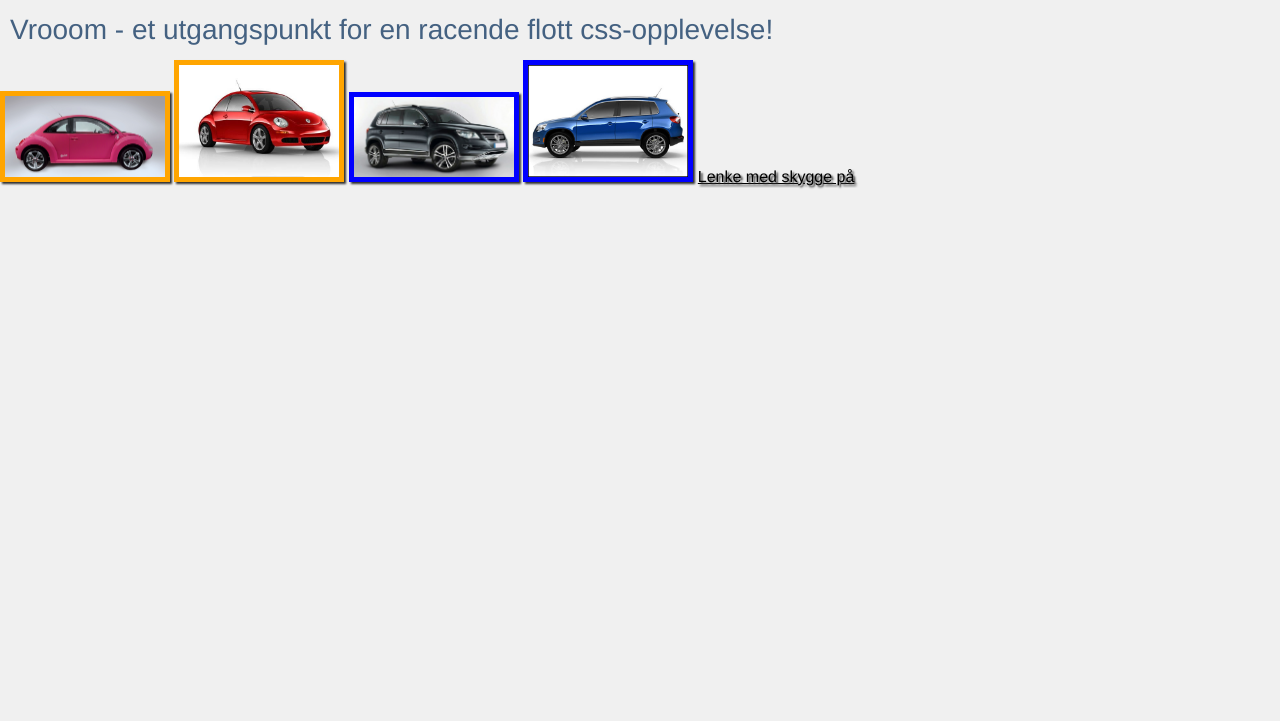
Repository: mesan/css-kurs
Page: kode/wroom/index.html
These files come from the project's save history. The page is drawn as it stood at one moment and after the next save; the edit follows.
The browser window is 1280 px wide. The pictures show the whole page.

Above is the page before, as saved 2013-01-21 20:52:01.

After the next save:
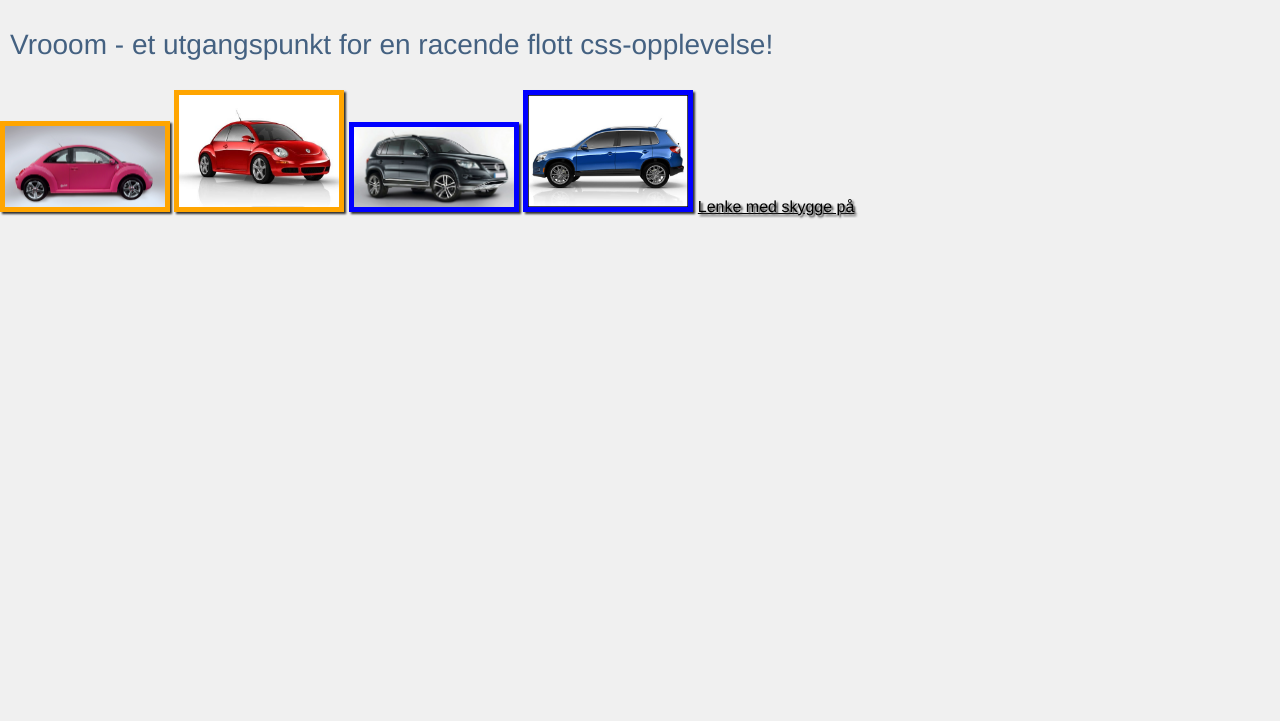
Saved 43 s later.
--- a/kode/wroom/styles/examples.css
+++ b/kode/wroom/styles/examples.css
@@ -22,7 +22,7 @@ p, blockquote, footer {
 /*Grouping - flere selektorer, samme stil. Litt mindre kode */
 h1, h2, h3{
     color: #446181;
-    line-height: 40px;
+    line-height: 2.500em;
     margin: 10px;
 }
 
